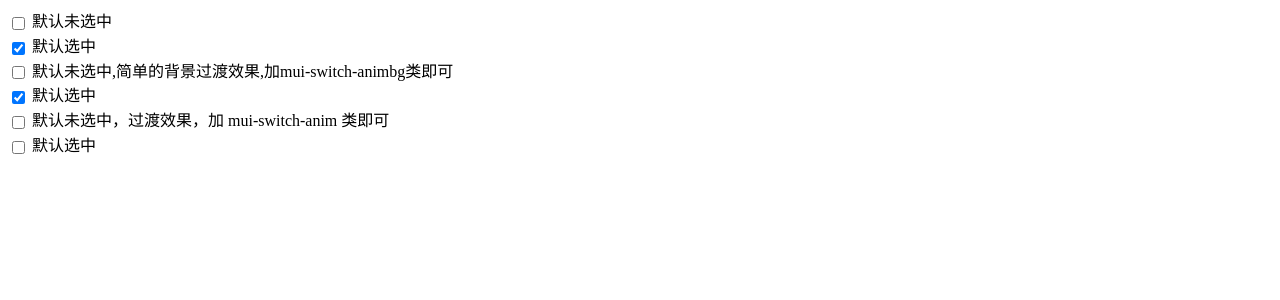
Repository: Germtao/Web
Page: web_css/css_others.html
These files come from the project's save history. The page is drawn as it stood at one moment and after the next save; the edit follows.
The browser window is 1280 px wide. The pictures show the whole page.

Above is the page before, as saved 2020-11-05 15:21:00.

After the next save:
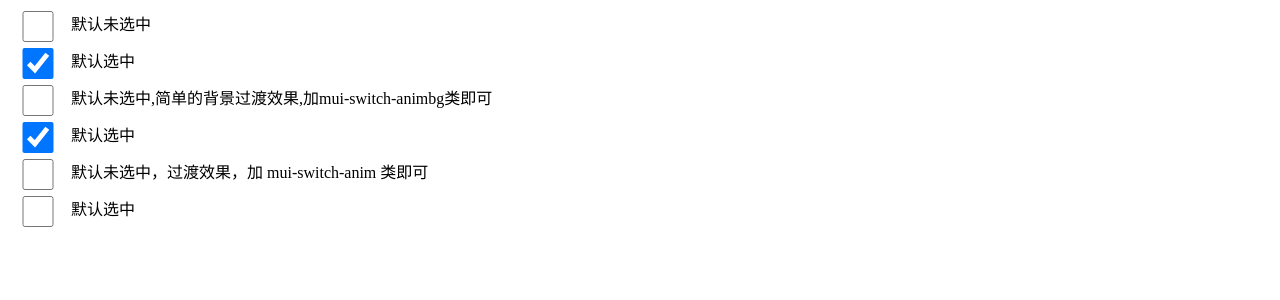
Saved 46 s later.
--- a/web_css/css_others.html
+++ b/web_css/css_others.html
@@ -15,6 +15,14 @@
     input,
     select {
       vertical-align: middle;
+    }
+
+    .mui-switch {
+      width: 52px;
+      height: 31px;
+      position: relative;
+      border: 1px solid #dfdfdf;
+      background-color: #fdfdfd;
     }
   </style>
 </head>
